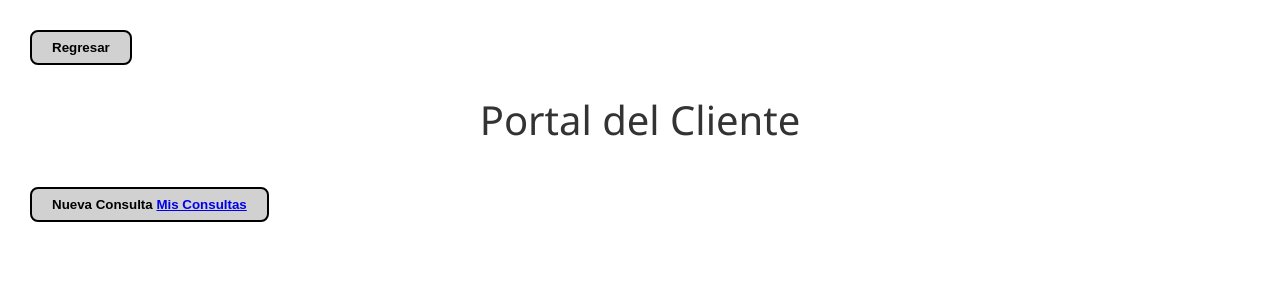
Repository: Devcodery/Trabajo-Fin-de-Grado
Page: http://localhost/Proyecto_Grupo3/vistas/portalCliente.jsp
An editor plug-in stored every save of this project. The page is shown before and after the next save, followed by the edit.
The browser window is 1280 px wide. The pictures show the whole page.
The page is served by Tomcat 9. Other server files are loaded and not shown.

Above is the page before, as saved 2026-05-06 18:33:16.

### java/Proyecto_Grupo3/src/main/webapp/vistas/portalCliente.jsp
<%@ page language="java" contentType="text/html; charset=UTF-8"
    pageEncoding="UTF-8"%>
<!DOCTYPE html>
<html>
<head>
<meta charset="UTF-8">
<title>Portal Cliente</title>
<link rel="stylesheet" type="text/css" href="../style/style.css">
</head>
<body>
	<div class="nav">
        <button class="btn">Regresar</button>
    </div>
    <h1 class="titulo">Portal del Cliente</h1>

    <div class="layout">
		<button class="btn" href="/formularioSolicitud.php">Nueva Consulta</a>
		<a href="/">Mis Consultas</a>
	</div>
</body>
</html>

### java/Proyecto_Grupo3/src/main/webapp/style/style.css
body {
    font-family: 'Segoe UI', Arial, sans-serif;
    margin: 0;
    padding: 30px;
    background-color: #ffffff;
    color: #333;
}

.nav {
    display: flex;
    justify-content: space-between;
    margin-bottom: 20px;
}

.btn {
    background-color: #d1d1d1;
    border: 2px solid #000;
    border-radius: 8px;
    padding: 8px 20px;
    font-weight: bold;
    cursor: pointer;
}

.titulo {
    text-align: center;
    font-size: 40px;
    margin-bottom: 40px;
    font-weight: normal;
}

.label {
    display: block;
    font-size: 18px;
    font-weight: 600;
    margin-bottom: 10px;
}

.info-content {
    font-size: 16px;
    line-height: 1.6;
    margin-bottom: 40px;
}

.scroll-box {
    border: 2px solid #000;
    border-radius: 12px;
    padding: 15px;
    overflow-y: scroll;
    background: #fff;
}

.height-consultas { height: 160px; }
.height-servicios { height: 380px; }

ul {
    list-style: none;
    padding: 0;
    margin: 0;
}

li {
    padding: 12px 5px;
    border-bottom: 1px solid #eee;
}

li:last-child {
    border-bottom: none;
}

.scroll-box::-webkit-scrollbar {
    width: 14px;
}
.scroll-box::-webkit-scrollbar-track {
    background: #f0f0f0;
    border-radius: 0 10px 10px 0;
}
.scroll-box::-webkit-scrollbar-thumb {
    background: #444;
    border-radius: 10px;
    border: 2px solid #f0f0f0;
}

After the next save:
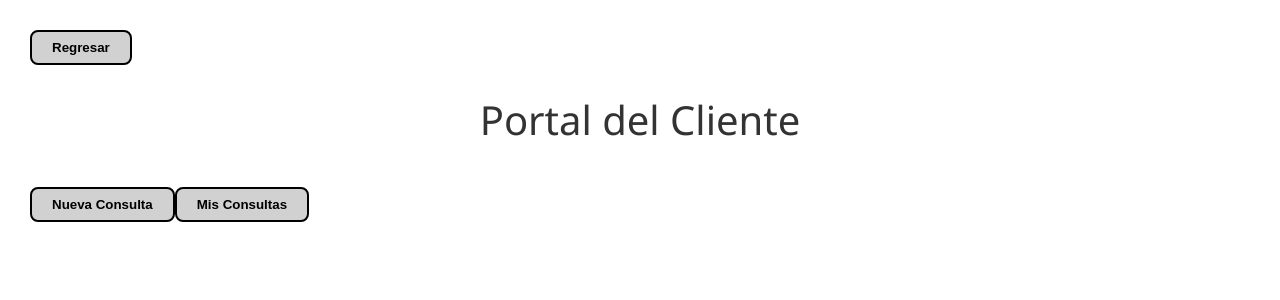
Saved 26 s later.
--- a/java/Proyecto_Grupo3/src/main/webapp/vistas/portalCliente.jsp
+++ b/java/Proyecto_Grupo3/src/main/webapp/vistas/portalCliente.jsp
@@ -15,7 +15,7 @@
 
     <div class="layout">
 		<button class="btn" href="/formularioSolicitud.php">Nueva Consulta</a>
-		<a href="/">Mis Consultas</a>
+		<button class="btn" href="/">Mis Consultas</a>
 	</div>
 </body>
 </html>
